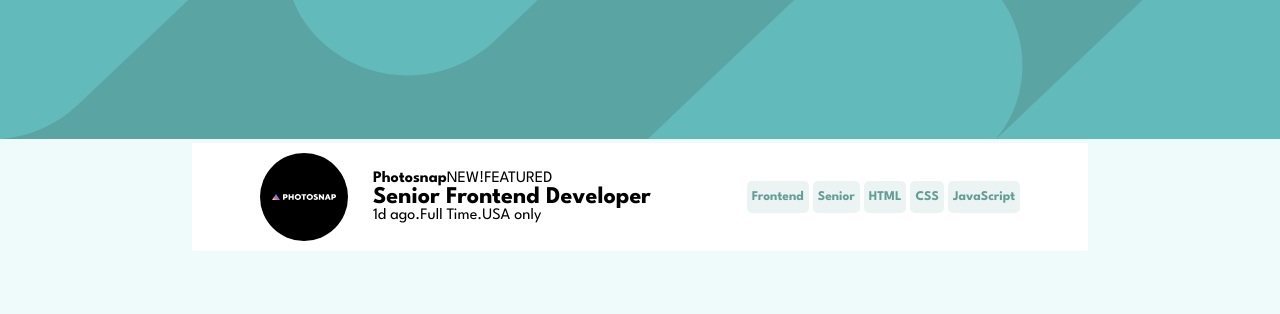
Repository: Eldream12/JobListing
Page: index.html
The author's editor kept a copy of each file at every save. The page is drawn from the files as they stood at one save, then again after a run of saves.
The browser window is 1280 px wide. The pictures show the whole page.

Above is the page before, as saved 2025-03-31 20:23:01.

### index.html
<!DOCTYPE html>
<html lang="en">
	<head>
		<meta charset="UTF-8" />
		<meta name="viewport" content="width=device-width, initial-scale=1.0" />
		<title>Job Listing</title>
		<link rel="stylesheet" href="style/style.css" />
	</head>

	<body>
		<header>
			<div>
				<img src="Images/bg-header-desktop.svg" alt="NavHeader" />
			</div>
		</header>

		<main>
			<div class="content-carrier">
				<div class="content">
					<div class="ctn">
						<img src="Images/photosnap.svg" alt="photosnap" />
						<div class="content-text">
							<div class="txt-1">
								<h4>Photosnap</h4>
								<p>NEW!</p>
								<p>FEATURED</p>
							</div>
							<div class="txt-2">
								<h2>Senior Frontend Developer</h2>
							</div>
							<div class="txt-3">
								<p>1d ago</p>
								<p>.</p>
								<p>Full Time</p>
								<p>.</p>
								<p>USA only</p>
							</div>
						</div>
					</div>

					<div class="btn">
						<button>Frontend</button>
						<button>Senior</button>
						<button>HTML</button>
						<button>CSS</button>
						<button>JavaScript</button>
					</div>
				</div>
			</div>
		</main>
		<footer></footer>
	</body>
</html>

### style/style.css
@import url("https://fonts.googleapis.com/css2?family=League+Spartan:wght@100..900&display=swap");

* {
	font-family: League Spartan;
	margin: 0;
	padding: 0;
	box-sizing: border-box;
}

html body {
	background-color: hsl(180, 52%, 96%);
}

header img {
	width: 100%;
	background-color: hsl(180, 29%, 50%);
}

.content-carrier .content {
	display: flex;
	background-color: #ffffff;
	align-items: center;
	justify-content: space-around;
	max-width: 70%;
	margin: auto;
  padding: 10px 20px 10px 20px;
}

.content-carrier .content .txt-1 {
	display: flex;
}

.content-carrier .content .txt-3 {
	display: flex;
}

.content-carrier .content .ctn {
	display: flex;
	align-items: center;
}

.content .ctn img {
  margin-right: 25px;
}

.content .btn button {
  background-color:  #ebf4f3;
	border: none;
	padding: 10px 5px 10px 5px;
	border-radius: 5px;
	color: #649d97;
	font-weight: 700;
	gap: 35px;
}

After the next 6 saves:
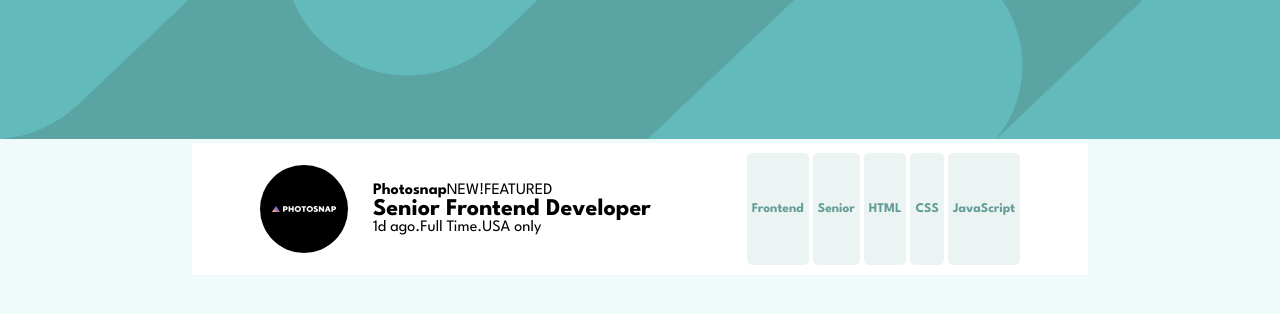
The 6 saves are shown as one change because they came seconds apart.
The last was saved 21 s later.
--- a/style/style.css
+++ b/style/style.css
@@ -50,5 +50,5 @@
 	border-radius: 5px;
 	color: #649d97;
 	font-weight: 700;
-	gap: 35px;
+	padding-block: 50px;
 }

After the 2 saves that followed:
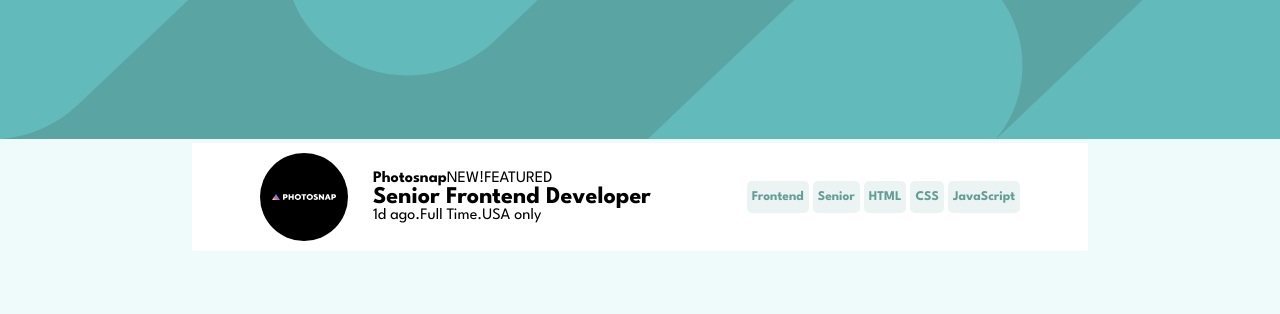
The 2 saves are shown as one change because they came seconds apart.
The last was saved 14 s later.
--- a/style/style.css
+++ b/style/style.css
@@ -50,5 +50,5 @@
 	border-radius: 5px;
 	color: #649d97;
 	font-weight: 700;
-	padding-block: 50px;
+	mar;
 }
